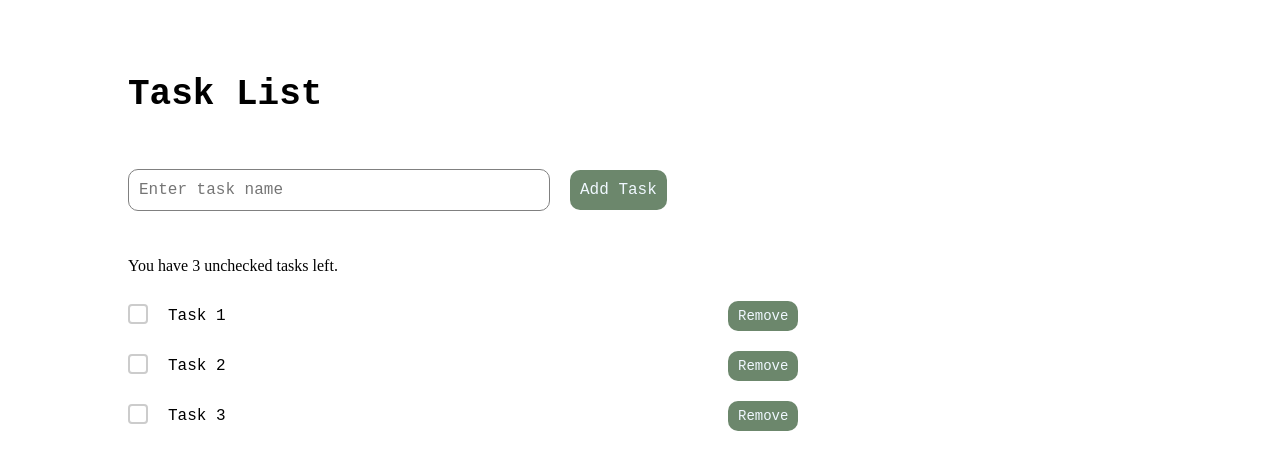
Repository: SandyLy453/task-list
Page: /
The author's editor kept a copy of each file at every save. The page is drawn from the files as they stood at one save, then again after the next save.
The browser window is 1280 px wide. The pictures show the whole page.
The project was rebuilt for these pictures with package versions that can differ from the ones it lists, and the page was loaded fresh each time. Also part of the build but not shown: vite.config.js.

Above is the page before, as saved 2024-10-11 15:41:12.

After the next save:
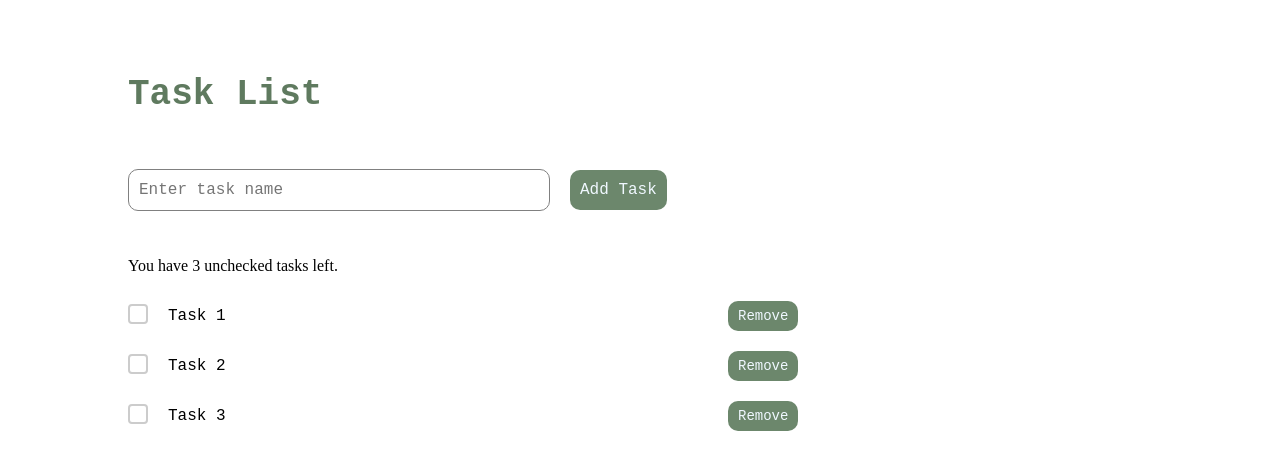
Saved 35 s later.
--- a/src/index.css
+++ b/src/index.css
@@ -6,6 +6,7 @@
 .title {
   font-family: monospace;
   font-size: 36px;
+  color: rgb(95, 122, 95);
 }
 
 .inputBox {
